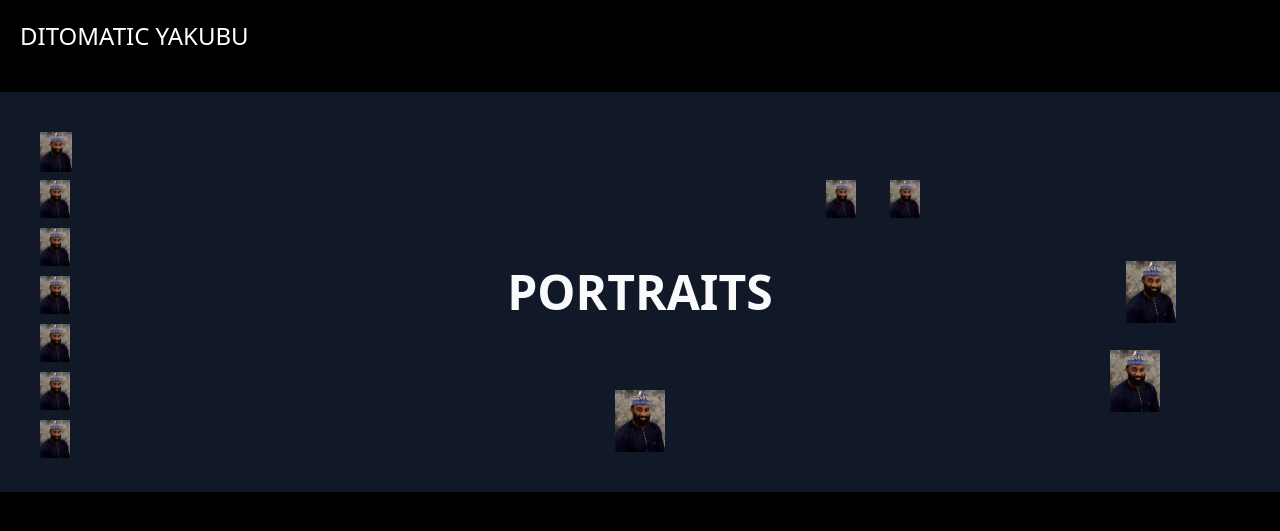
Repository: latenightsnacc/Ditomatic-Demo
Page: home.html
An editor plug-in stored every save of this project. The page is shown before and after the next save, followed by the edit.
The browser window is 1280 px wide. The pictures show the whole page.
Some web libraries are served in a nearby version.

Above is the page before, as saved 2021-02-24 12:07:43.

After the next save:
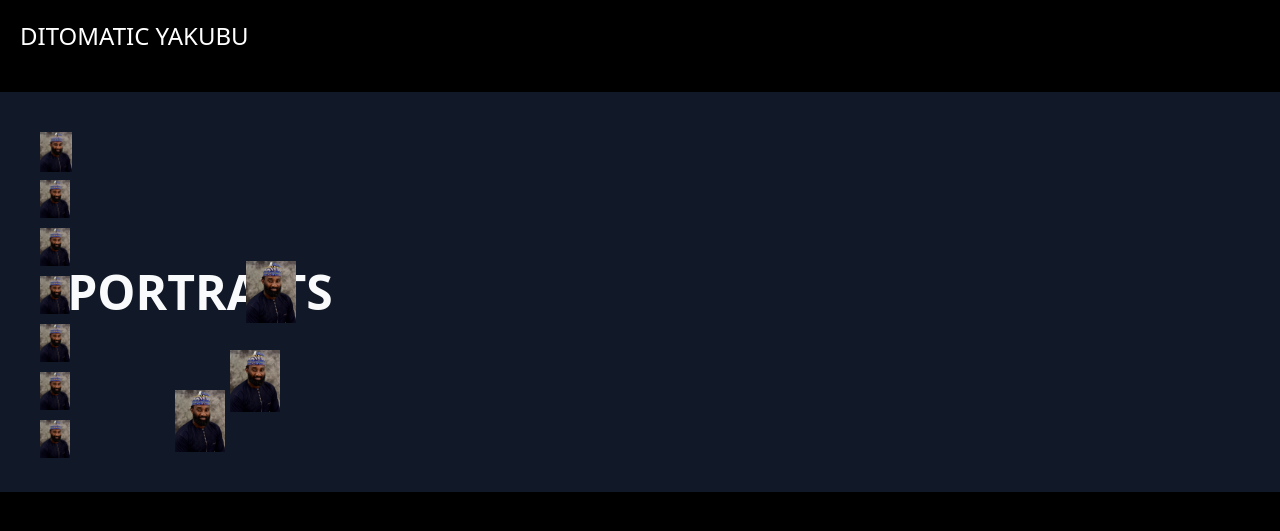
Saved 14 s later.
--- a/home.html
+++ b/home.html
@@ -36,7 +36,7 @@
     <div class="my-5"></div>
     <section class="bg-gray-900 shadow-2xl py-10">
         <div class="px-10">
-            <div class="flex justify-center items-center relative h-80">
+            <div class="flex justify-center items-center relative w-80 h-80">
                 <h2 class="font-bold text-gray-50 text-5xl uppercase">portraits</h2>
                 <div class="absolute left-0 top-0 z-0 hover:z-50">
                     <img src="images/malePortrait.jpg"  class="w-8 z-0 zoom hover:z-50">

After the save that followed:
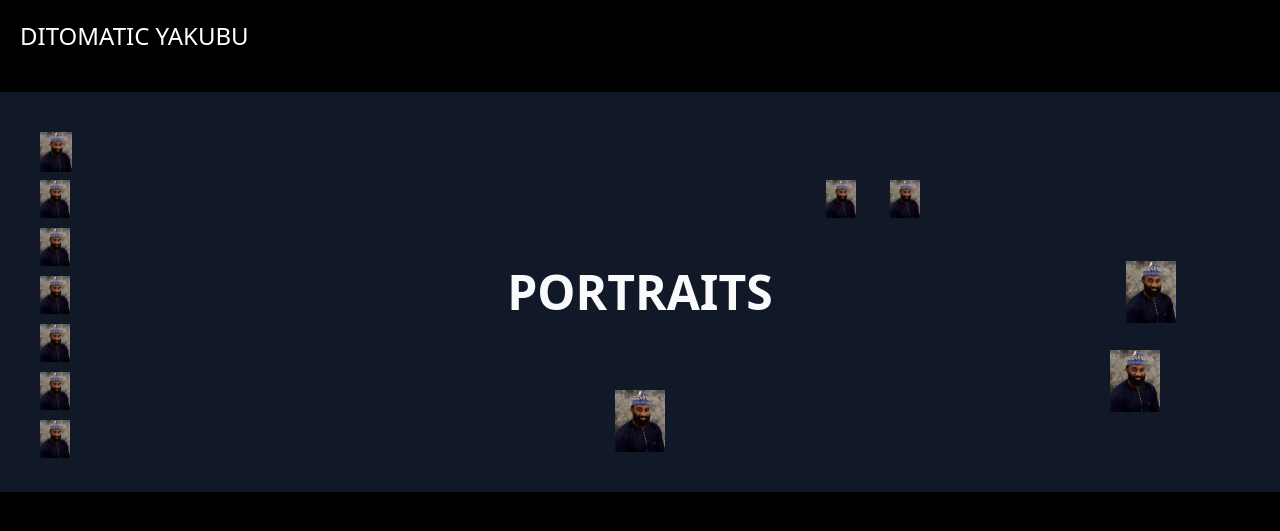
Saved 11 s later.
--- a/home.html
+++ b/home.html
@@ -36,7 +36,7 @@
     <div class="my-5"></div>
     <section class="bg-gray-900 shadow-2xl py-10">
         <div class="px-10">
-            <div class="flex justify-center items-center relative w-80 h-80">
+            <div class="flex justify-center items-center relative h-80">
                 <h2 class="font-bold text-gray-50 text-5xl uppercase">portraits</h2>
                 <div class="absolute left-0 top-0 z-0 hover:z-50">
                     <img src="images/malePortrait.jpg"  class="w-8 z-0 zoom hover:z-50">
